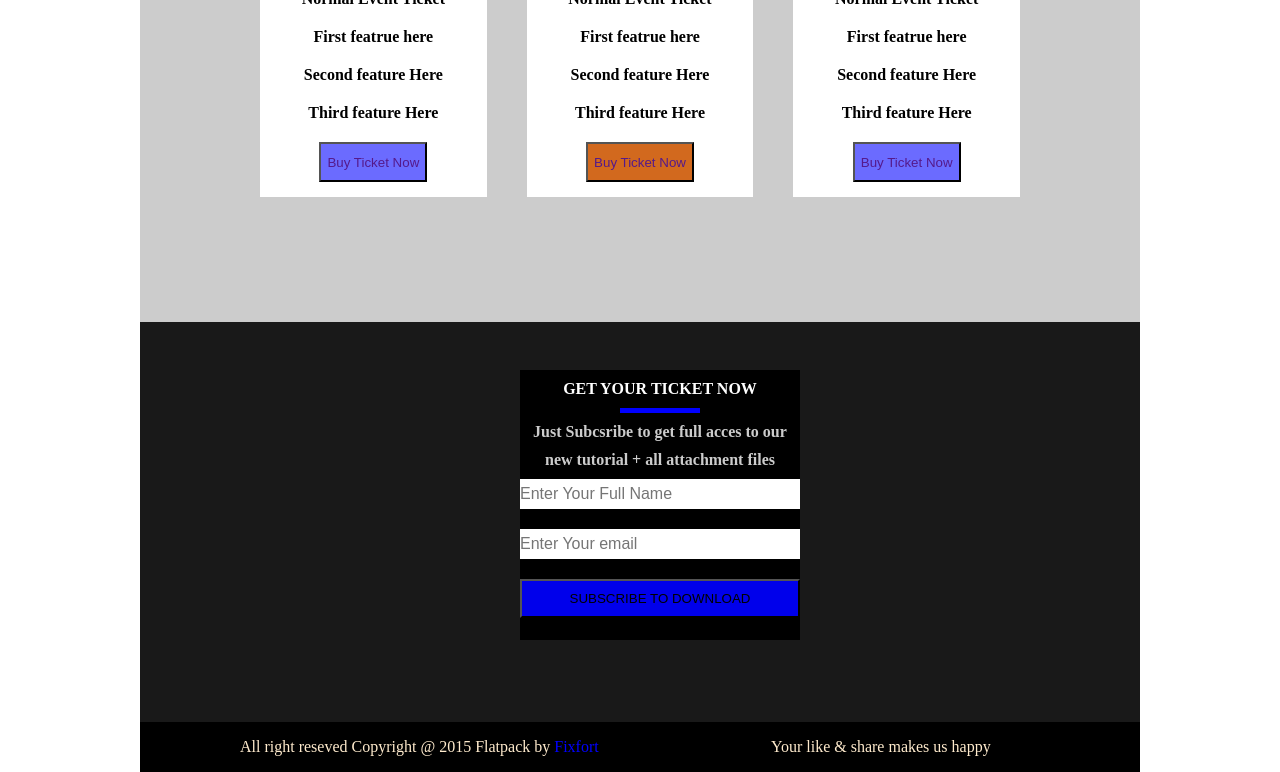
Repository: duyancol/project-ltw-nhom13
Page: page b/index.html
These files come from the project's save history. The page is drawn as it stood at one moment and after the next save; the edit follows.
The browser window is 1280 px wide. The pictures show the part of the page from y = 1038 to 1810 px (the page is 1810 px tall).
A picture or video elsewhere on the page could not be fetched, so the positions and the page height are approximate. Some web fonts or font styles are not loaded; a fallback is used.

Above is the page before, as saved 2021-10-18 12:19:14.

### page b/index.html
<!DOCTYPE html>
<html lang="en">
<head>
    <meta charset="utf-8">
    <title></title>
    <link rel="stylesheet" href="./fonts/themify-icons-font/themify-icons/themify-icons.css">
    <link rel="shortcut icon" href="images/favicon.ico">
    <link rel="apple-touch-icon" href="images/apple-touch-icon.png">
    <link rel="apple-touch-icon" sizes="72x72" href="images/apple-touch-icon-72x72.png">
    <link rel="apple-touch-icon" sizes="114x114" href="images/apple-touch-icon-114x114.png">
    <link rel="stylesheet" href="./style.css">
</head>
<body>
    <div class="body">
        <div class="main">
            <div class="headernavigation flex">

               <div class="headerimage"><img src="./images/main/logo.png" alt="" class="logo"></div>
               <div class="buttonimage flex">
                   <div class="buyticket">Buy tikcket</div>
               </div>
            </div>

        </div>
    </div>
    <div class="navigation flex">
        <ul>
            <li>Home</li>
            <li> word</li>
            <li>Blog</li>
            <li>Contact</li>
        </ul>
        <ul>
            <li class="icon"><i class="ti-facebook"></i></li>
            <li class="icon"><i class="ti-twitter"></i></li>
            <li class="icon"><i class="ti-instagram"></i></li>
        </ul>
    </div>
<div class="body bodyheightimage"><div class="bagroundimage">
    <div class="textback">
        <h3>Thumbel lable</h3>
        <p> du it none right here  because member always look for you</p>
    </div>

</div></div>
<div class="body1">
    <div class="main">
       <div class="family flex">
           <div class="imagefamily">
               <img src="./images/13_gym/1.jpg" alt="">
               <h4>Welcome to gym</h4>
               <p>you need to read for me</p>
               <p> because i dont want to sad for you</p>
               <button>
                   <a href="">Join Now</a>
               </button>
           </div>
           <div class="imagefamily">
            <img src="./images/13_gym/2.jpg" alt="">
            <h4>Welcome to gym</h4>
            <p>you need to read for me</p>
            <p> because i dont want to sad for you</p>
            <button>
                <a href="">Join Now</a>
            </button>
        </div>  <div class="imagefamily">
            <img src="./images/13_gym/3.jpg" alt="">
            <h4>Welcome to gym</h4>
            <p>you need to read for me</p>
            <p> because i dont want to sad for you</p>
            <button>
                <a href="">Join Now</a>
            </button>
        </div>
       </div>
    </div>
</div>
<div class="body2 bagrondbody ">
    <div class="main flex">
        <div class="thue">
            <h1>$9.99</h1>
            <h4>Normal Event Ticket</h4>
            <h4> First featrue here</h4>
            <h4> Second feature Here</h4>
            <h4> Third feature Here</h4>
            <button class="xanh"><a href="">Buy Ticket Now</a></button>
        </div>
        <div class="thue">
            <h1 class="cam1" >$14.99</h1>
            <h4>Normal Event Ticket</h4>
            <h4> First featrue here</h4>
            <h4> Second feature Here</h4>
            <h4> Third feature Here</h4>
            <button class="xanh cam"><a href="">Buy Ticket Now</a></button>
        </div><div class="thue">
            <h1>$24.99</h1>
            <h4>Normal Event Ticket</h4>
            <h4> First featrue here</h4>
            <h4> Second feature Here</h4>
            <h4> Third feature Here</h4>
            <button class="xanh"><a href="">Buy Ticket Now</a></button>
        </div>
    </div>
</div>
<div class="body2 bodyfooter">
    <div class="main">
<div class="ticket">
    <h1> GET YOUR TICKET NOW</h1>
    <div class="THEXANH"></div>
    <h3>Just Subcsribe to get full acces to our</h3>
    <h3>new tutorial + all attachment files</h3>
    <input type="text" name="" id="" placeholder="Enter Your Full Name">
    <input type="text" name="" id="" placeholder="Enter Your email">
    <button> SUBSCRIBE TO DOWNLOAD</button>

</div>
    </div>
</div>
<div class="body3">
    <div class="main flex">
        <div>All right reseved Copyright @ 2015 Flatpack by <span>Fixfort</span></div>
        <ul>
            <li>Your like & share makes us happy</li>
            <li> <i class="ti-twitter"></i></li>
            <li><i class="ti-facebook"></i></li>
            <li><i class="ti-instagram"></i></li>
        </ul>
    </div>
</div>
</body>
</html>

### page b/style.css
html, input,body, div, span, applet, object, iframe,h1, h2, h3, h4, h5, h6, p{
    margin: 0;
    padding: 0;
    border: 0;
    font-size: 100%;
  }

  ol, ul,a{
    list-style: none;
  }
  li{
    display: inline-block;
  }
  .main{
    width: 800px;
    margin: auto;
    position: relative;
  }
  .body{
    width: 1000px;
    margin: auto;
    background-color: #ccc;
  }
  .flex{
    display: flex;
    justify-content: space-between;
    align-items:center;
  }
  .headernavigation{
  width:  80%;
  margin: auto;

  background-color: #ccc;
  height: 100px;

  }
  .headerimage{

  }
  .headerimage .logo{

  }
  .headernavigation .buttonimage {
    width: 12%;
    height: 40px;
    background-color: rgb(247,120,37);

}



  .buttonimage .buyticket{

  }
  .navigation{

    height: 40px;
    background-color: white;
    width: 705px;
    margin: auto auto 20px auto;
  }
  .navigation li{
    padding: 10px;
  }
  .navigation .icon{
    background: #00658b;
  }
  .bodyheightimage{
    position: relative;
    height: 300px;
  }
  .bodyheightimage .bagroundimage{
    background-image: url(./images/main/image-1.jpg);

    height: 80%;
    width: 83%;
    top: 30px;
    left: 86px;
    /* right: 191px; */
    position: absolute;
    background-size: cover;
  }
  .bagroundimage .textback{
    position: absolute;
    bottom: 18px;
    font-weight: 100;
    color: white;
  }
  .body1{
    width: 1000px;
    margin: auto;
    height: 500px;

  }
  .imagefamily{
    width: 33%;
    margin-top: 10%;
    text-align: center;
  }
  .imagefamily img{
    border-radius: 100px;
  }
  .imagefamily h4{
margin: 30px;
  }
  .imagefamily p{

padding-bottom: 10px;
  }
  .imagefamily button{
    background-color: orangered;
    margin-left: 35px;
    height: 40px;
  }
  button a{
    list-style: none;
    text-decoration: none;
  }
  .bagrondbody{
    background-color: #ccc;
  }
  .body2{
    width: 1000px;
    margin: auto;
    height: 400px;

  }
  .main .thue{
background-color: white;
 width: 33%;
 margin: 20px;
 height: 255px;
 text-align: center;
  }
  .thue h1{
margin-bottom: 20px;
color:#0000ff94 ;
padding-top: 10px;
  }
  .thue .cam1{
    color:rgb(247,120,37)!important;
  }
  .thue h4{
 margin-bottom: 20px;
  }
  .thue .xanh{
height: 40px;
background-color:  #0000ff94;
  }
  .thue .cam{
    background-color: chocolate!important;
  }
  .bodyfooter{
    background-color:#191919;
  }
  .main .ticket{
    position: absolute;
    width: 35%;
    background-color: black;
    height: 270px;
    text-align: center;
    top: 48px;
    left: 35%;
    right: 40%;

 right: 40%;

  }
  .ticket h1{
color: white;
margin: 10px;
  }
  .ticket h3{
color: #ccc;
margin: 10px;
  }
  .ticket input{
width: 100%;
margin-bottom: 20px;
height: 30px;
  }
  .ticket button{
    width: 100%;
    height: 39px;
    background-color: #0000ffeb;
  }
  .ticket .THEXANH{
    background-color: blue;
    height: 5px;
    width: 80px;
    margin: auto;
  }
  .body3{
    width: 1000px;
    margin: auto;
    height: 50px;
   background-color: black;
   color: blanchedalmond;
  }
  span{
    color: blue;
  }

Loaded but not shown: page b/fonts/themify-icons-font/themify-icons/themify-icons.css (common file)

After the next save:
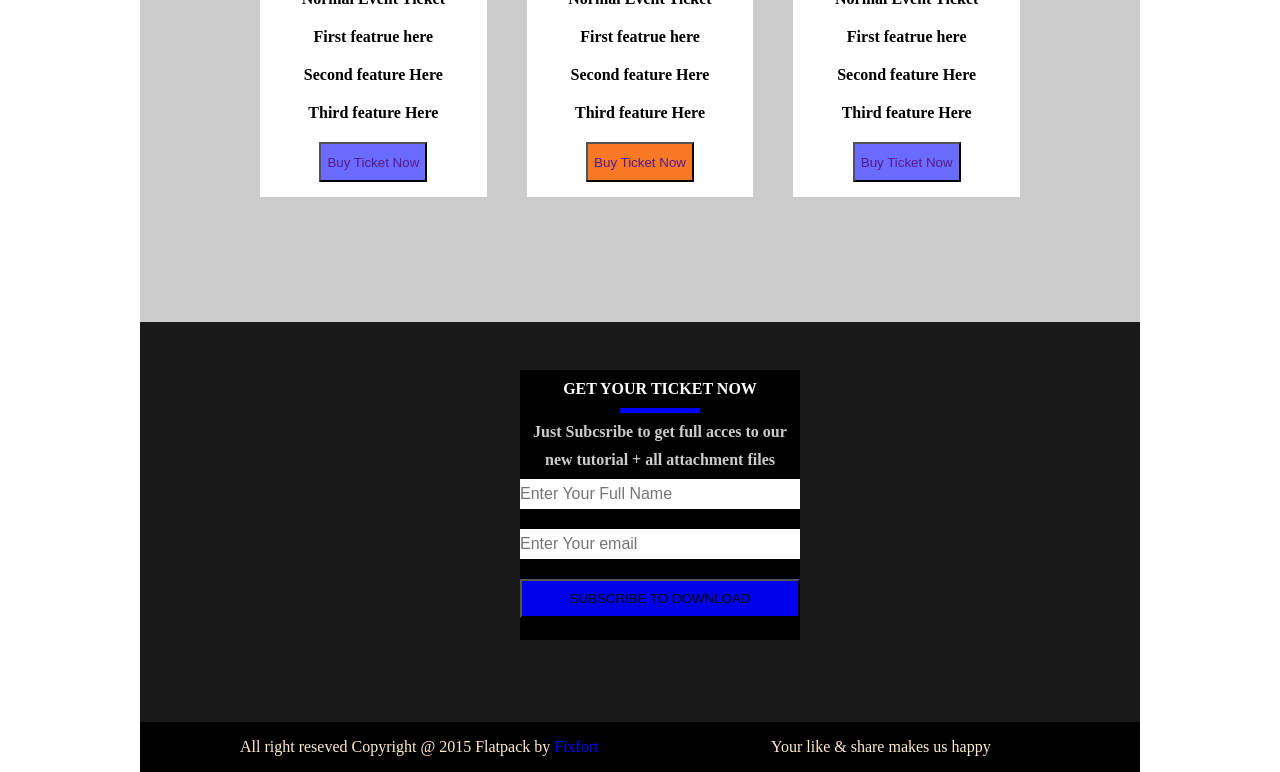
Saved 15 s later.
--- a/page b/style.css
+++ b/page b/style.css
@@ -148,7 +148,7 @@
 background-color:  #0000ff94;
   }
   .thue .cam{
-    background-color: chocolate!important;
+    background-color: rgb(247,120,37)!important;
   }
   .bodyfooter{
     background-color:#191919;
